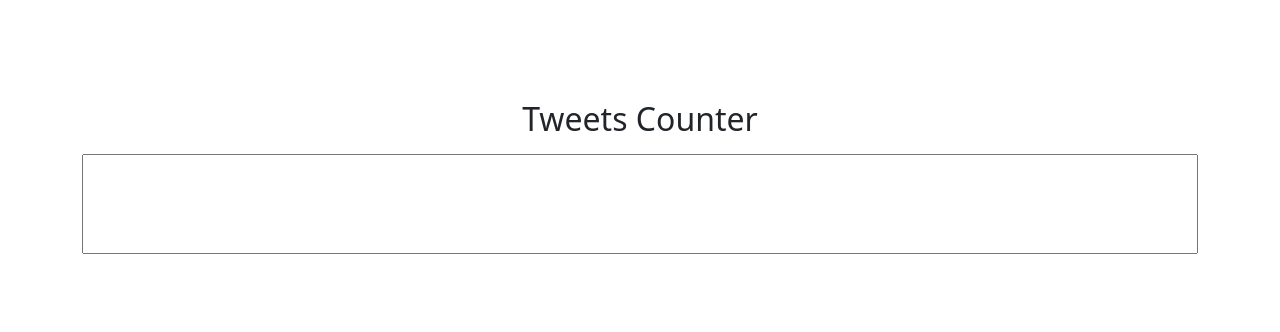
Repository: magmukendi/Tweets-Count
Page: index.html
The author's editor kept a copy of each file at every save. The page is drawn from the files as they stood at one save, then again after the next save.
The browser window is 1280 px wide. The pictures show the whole page.
Some web libraries are served in a nearby version.

Above is the page before, as saved 2022-06-11 16:23:08.

### index.html
<!DOCTYPE html>
<html lang="en">
<head>
    <meta charset="UTF-8">
    <meta http-equiv="X-UA-Compatible" content="IE=edge">
    <meta name="viewport" content="width=device-width, initial-scale=1.0">
    <link href="https://cdn.jsdelivr.net/npm/bootstrap@5.2.0-beta1/dist/css/bootstrap.min.css" rel="stylesheet" integrity="sha384-0evHe/X+R7YkIZDRvuzKMRqM+OrBnVFBL6DOitfPri4tjfHxaWutUpFmBp4vmVor" crossorigin="anonymous">
    <link rel="shortcut icon" href="assets/images/FAVICON-profile.ico"image/x-icon">
    <script src="https://kit.fontawesome.com/cd3abaa76f.js" crossorigin="anonymous"></script>

    <link href="style.css" rel="stylesheet">
    <title>TweetsCount by LeGrandMAG</title>
</head>
<body>
    <div id="answer" class="container row">
        <h2>Tweets Counter</h2>
        <textarea id="tt" class="mt-2 mb-2" id="won" autosize></textarea>
       <!--

           <button onclick="myFunction()" class="btn btn-primary"> Calculate</button>
        -->


    </div>

    <div id="result" style="width: 80%; margin:auto; flex-wrap: wrap; text-align: justify;">

    </div>


    <script type="text/javascript" src="app.js"></script>
</body>
</html>

### style.css
body{
    margin:auto;
    margin-top: 100px;
    align-items: center;
    text-align: center;
}
.container{
    margin:auto;
    display: flex;
    justify-content: center;
    align-items: center;
}

.form-elem{
    margin-top: 10;
    margin-bottom: 10;
}

#tt{
    resize: none;
    overflow: visible;
    padding-top:10px;
    padding-bottom: 10px;
    height: 100px;
}


button{
    visibility: hidden;
}

### app.js
let list = []
let result = 0;
let x;
let p;
let xValue;
let s;
let number;
let input = document.getElementById('tt');
let d;
let e;
let doc = document.getElementById('result');

function print(){
        doc.innerHTML = '';
        x = document.getElementById('tt');
        p = document.createElement('p')
        number = document.createElement('p')
        xValue = x.value;
        if (xValue){
                p.innerText = xValue
        }
        doc.append(number)
        doc.appendChild(p)
        p.id = "txx"
        p.style = 'font-weight:bold; font-size:50px; margin-top:50px; flex-wrap:wrap';
}
function colorChange(){
        s = p.innerText
        let n =/\w+/g
        let char = /.|\s|\n+/g
        console.log(s.match(char).length)

        number.innerText = (145 - s.match(char).length);

        if(s.match(char).length <=145/2){

                p.style.color ='green'
        }
        else if(s.match(char).length >=145/2 && s.match(char).length <135){
                p.style.color = 'blue';

        }
        else if(s.match(char).length >=135 && s.match(char).length<=145){
                p.style.color ='red';
                console.log(s.match(n));

        }

        else if(s.match(char).length >145){
                number.innerText= "You are " + (s.match(char).length - 145) +" characters more than expected.";
                p.style.visibility ='hidden'
        }


}
function render (){
        document.getElementById('tt').addEventListener('keyup', print)
        document.getElementById('tt').addEventListener('keyup', colorChange)
}
render()
function myFunction(){
        let ll = document.getElementById('txx')
        var blob = new Blob([ll.innerText], {
                type: "text/plain;charset=utf-8;",
            });
        saveAs(blob, "thing.txt");

}

After the next save:
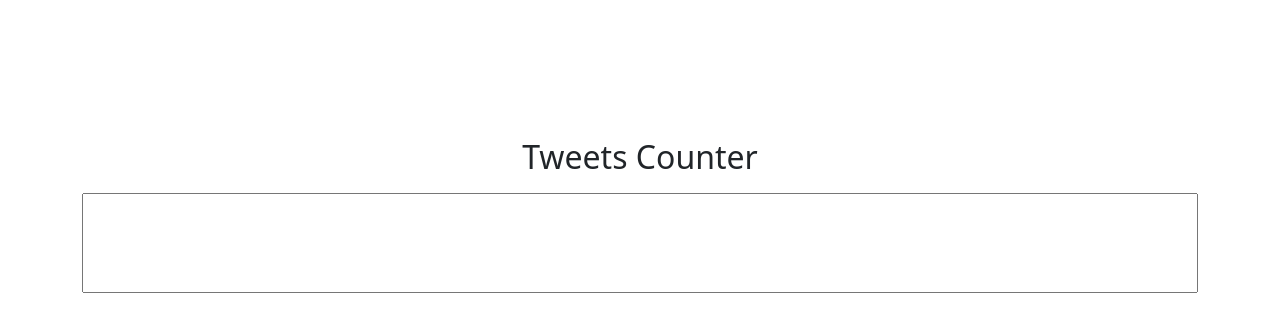
Saved 13 s later.
--- a/index.html
+++ b/index.html
@@ -13,7 +13,7 @@
 </head>
 <body>
     <div id="answer" class="container row">
-        <h2>Tweets Counter</h2>
+        <h2><br>Tweets Counter</h2>
         <textarea id="tt" class="mt-2 mb-2" id="won" autosize></textarea>
        <!--
 

After the 2 saves that followed:
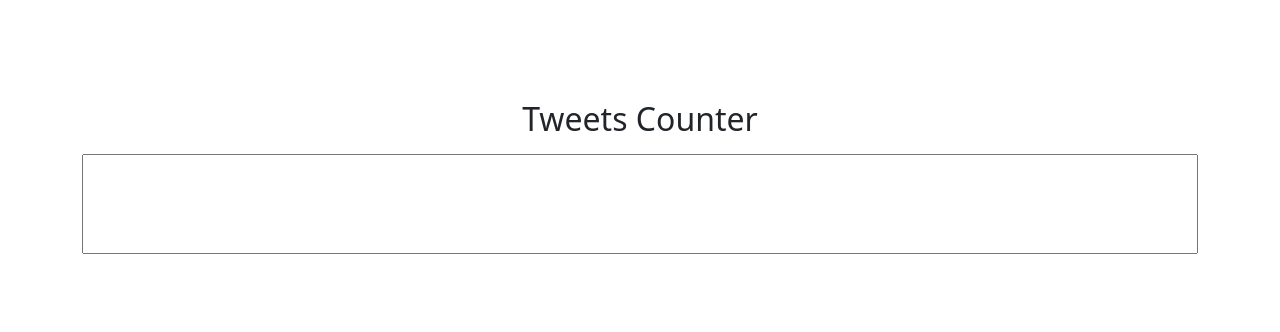
The 2 saves are shown as one change because they came seconds apart.
The last was saved 6 s later.
--- a/index.html
+++ b/index.html
@@ -13,7 +13,7 @@
 </head>
 <body>
     <div id="answer" class="container row">
-        <h2><br>Tweets Counter</h2>
+        <h2><b></b>Tweets Counter</h2>
         <textarea id="tt" class="mt-2 mb-2" id="won" autosize></textarea>
        <!--
 
